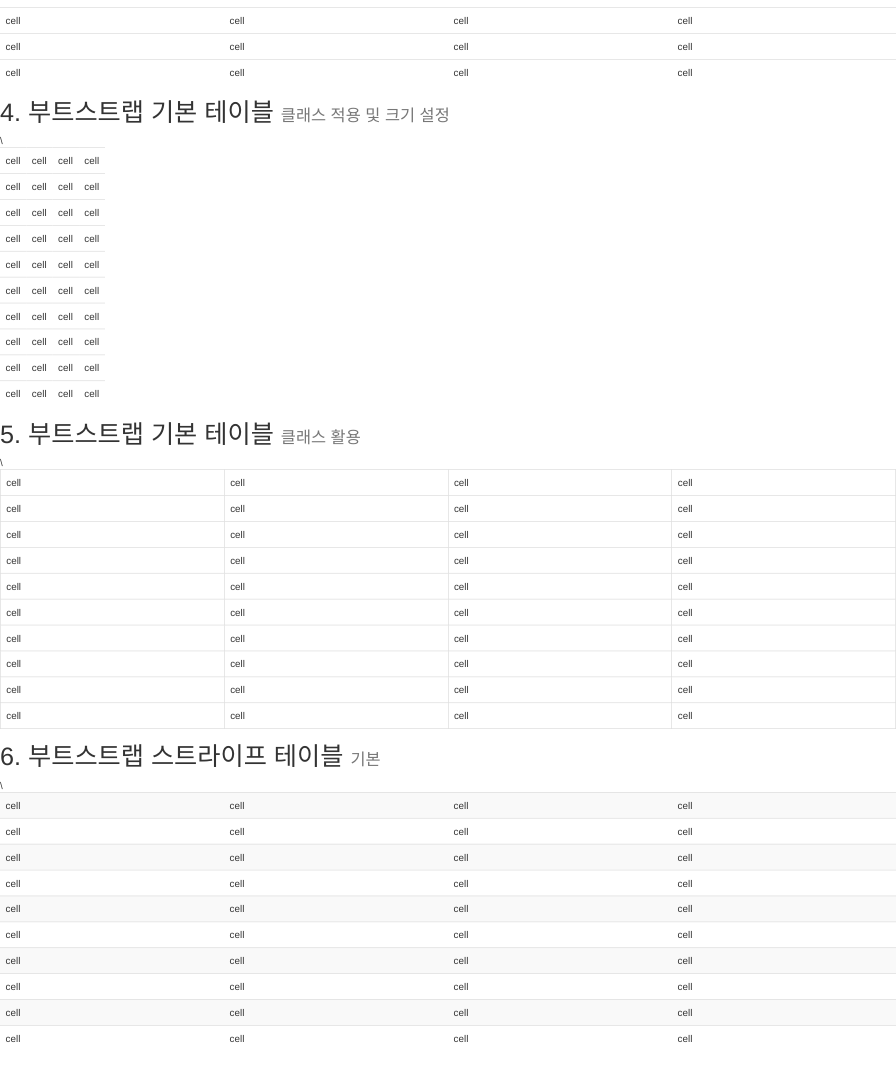
Repository: park-nahyun/BootstrapStudy
Page: BootstrapWork/WebContent/BootEx02.html
The author's editor kept a copy of each file at every save. The page is drawn from the files as they stood at one save, then again after the next save.
The browser window is 1280 px wide. The pictures show the part of the page from y = 929 to 2849 px (the page is 2450 px tall before and 2849 px after), at 70% of full size.

Above is the page before, as saved 2021-07-01 03:39:05.

After the next save:
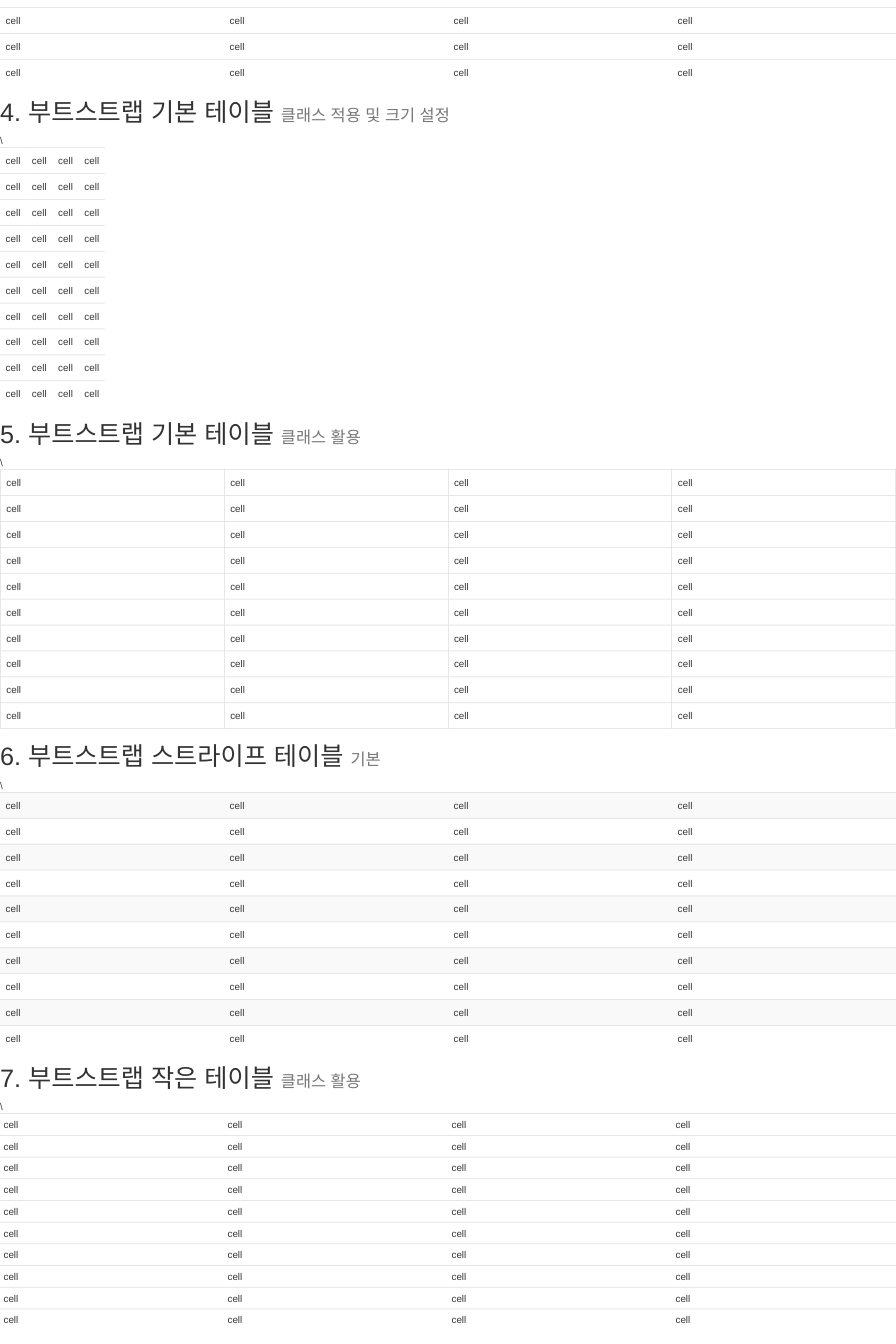
Saved 74 s later.
--- a/BootstrapWork/WebContent/BootEx02.html
+++ b/BootstrapWork/WebContent/BootEx02.html
@@ -420,5 +420,70 @@
 		<td>cell</td>
 	</tr>
 </table>
+
+<h1>7. 부트스트랩 작은 테이블 <small>클래스 활용</small></h1>\
+<!-- table>(tr>td{cell}*4)*10 -->
+<table class="table table-condensed">
+	<tr>
+		<td>cell</td>
+		<td>cell</td>
+		<td>cell</td>
+		<td>cell</td>
+	</tr>
+	<tr>
+		<td>cell</td>
+		<td>cell</td>
+		<td>cell</td>
+		<td>cell</td>
+	</tr>
+	<tr>
+		<td>cell</td>
+		<td>cell</td>
+		<td>cell</td>
+		<td>cell</td>
+	</tr>
+	<tr>
+		<td>cell</td>
+		<td>cell</td>
+		<td>cell</td>
+		<td>cell</td>
+	</tr>
+	<tr>
+		<td>cell</td>
+		<td>cell</td>
+		<td>cell</td>
+		<td>cell</td>
+	</tr>
+	<tr>
+		<td>cell</td>
+		<td>cell</td>
+		<td>cell</td>
+		<td>cell</td>
+	</tr>
+	<tr>
+		<td>cell</td>
+		<td>cell</td>
+		<td>cell</td>
+		<td>cell</td>
+	</tr>
+	<tr>
+		<td>cell</td>
+		<td>cell</td>
+		<td>cell</td>
+		<td>cell</td>
+	</tr>
+	<tr>
+		<td>cell</td>
+		<td>cell</td>
+		<td>cell</td>
+		<td>cell</td>
+	</tr>
+	<tr>
+		<td>cell</td>
+		<td>cell</td>
+		<td>cell</td>
+		<td>cell</td>
+	</tr>
+</table>
 </body>
 </html>
